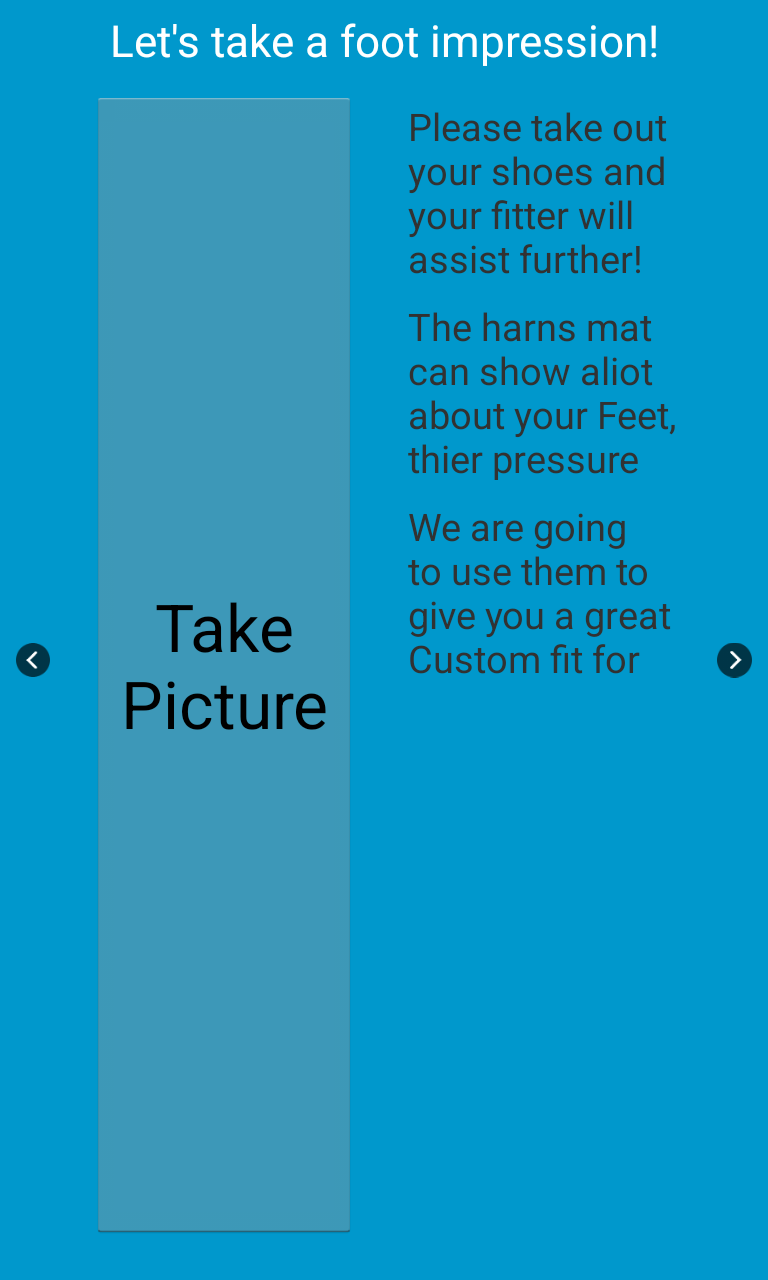
Repository: nanoweb12/GoodFeetAppNew
Layout: GoodFeetapp/res/layout/click_picture.xml
These files come from the project's save history. The layout is drawn as it stood at one moment and after the next save; the edit follows.
It is drawn on a 768 x 1280 px phone screen (xhdpi) without system bars, with theme MyTheme; the app's code is not run.

Above is the layout before, as saved 2015-02-17 13:32:52.

### GoodFeetapp/res/layout/click_picture.xml
<?xml version="1.0" encoding="utf-8"?>
<LinearLayout xmlns:android="http://schemas.android.com/apk/res/android"
    android:id="@+id/mainlinear"
    android:layout_width="match_parent"
    android:layout_height="match_parent"
    android:background="#0098cc"
    android:orientation="vertical" >

    <TextView
        android:layout_width="match_parent"
        android:layout_height="40dp"
        android:gravity="center"
        android:text="Let&apos;s take a foot impression!"
         android:singleLine="true"
        android:textColor="#ffffff"
        android:textSize="22sp" />

    <LinearLayout
        android:layout_width="match_parent"
        android:layout_height="match_parent"
        android:background="#0098cc"
        android:orientation="horizontal"
        android:weightSum="100" >

        <ImageView
            android:id="@+id/previous"
            android:layout_width="0dp"
            android:layout_height="match_parent"
            android:layout_gravity="center_vertical"
           android:paddingBottom="20dp"
            android:layout_marginLeft="8dp"
            android:layout_weight="5"
            android:scaleType="fitCenter"
            android:src="@drawable/left_arrow" />

        <LinearLayout
            android:layout_width="0dp"
            android:layout_height="match_parent"
            android:layout_marginLeft="10dp"
            android:layout_marginRight="10dp"
            android:layout_weight="45"
            android:orientation="vertical" >

            <Button
                android:id="@+id/take_picture"
                android:layout_width="match_parent"
                android:layout_height="match_parent"
                android:layout_marginTop="5dp"
                android:layout_marginLeft="10dp"
                android:layout_marginRight="10dp"
                android:layout_gravity="center"
                android:layout_marginBottom="20dp"
                android:text="Take Picture"

                android:textSize="33sp" />

            <ImageView
                android:id="@+id/preview"
                android:layout_width="match_parent"
                  android:layout_marginTop="5dp"
                android:layout_marginRight="10dp"
                android:layout_marginLeft="10dp"
                android:layout_height="match_parent"
                android:layout_gravity="center"
                android:layout_marginBottom="20dp"
                android:visibility="gone" />
        </LinearLayout>

        <LinearLayout
            android:layout_width="0dp"
            android:layout_height="match_parent"
            android:layout_marginLeft="5dp"
            android:layout_weight="45"
            android:orientation="vertical" >

            <TextView
                android:layout_width="match_parent"
                android:layout_height="90dp"
                android:layout_marginTop="10dp"
                android:text="Please take out your shoes and your fitter will assist further!"

                android:textSize="19sp" />

            <TextView
                android:layout_width="match_parent"
                android:layout_height="90dp"
                android:layout_marginTop="10dp"
                android:text="The harns mat can show aliot about your Feet, thier pressure points, Hight of arch and alignment!"
                android:textSize="19sp"
                  />

            <TextView
                android:layout_width="match_parent"
                android:layout_height="90dp"
                android:layout_marginTop="10dp"
                android:text="We are going to use them to give you a great Custom fit for your specific size of arch!"
                android:textSize="19sp"
                />
        </LinearLayout>

        <ImageView
            android:id="@+id/next"
            android:layout_width="0dp"
            android:layout_height="match_parent"
            android:layout_gravity="center_vertical"
            android:paddingBottom="20dp"
            android:layout_marginRight="8dp"
            android:layout_weight="5"
            android:src="@drawable/right_arrow" />
    </LinearLayout>

</LinearLayout>

### GoodFeetapp/res/values-v11/styles.xml
<resources>
    <style name="MyTheme" parent="@android:style/Theme.Holo.Light">

    </style>

    <style name="MyActionBar" parent="@android:style/Widget.Holo.Light.ActionBar">
    <item name="android:actionBarSize">70dip</item>
         <item name="android:background">#D3D3D3</item>
    </style>
</resources>

### GoodFeetapp/res/values-v14/styles.xml
<!-- <resources>
    the theme applied to the application or activity
    <style name="CustomActionBarTheme"
           parent="@android:style/Theme.Holo.Light.DarkActionBar">

    </style>

    ActionBar styles
    <style name="MyActionBar"
           parent="@android:style/Widget.Holo.Light.ActionBar.Solid.Inverse">
       <item name="android:actionBarSize">70dip</item>
         <item name="android:background">#D3D3D3</item>

    </style>
</resources> -->

<resources>
    <style name="MyTheme" parent="@android:style/Theme.Holo.Light">

    </style>

    <style name="MyActionBar" parent="@android:style/Widget.Holo.Light.ActionBar">
    <item name="android:actionBarSize">100dip</item>
         <item name="android:background">#D3D3D3</item>
    </style>
</resources>

### GoodFeetapp/res/values/styles.xml
<resources>
    <style name="MyTheme" parent="@android:style/Theme.Holo.Light">

    </style>

    <style name="MyActionBar" parent="@android:style/Widget.Holo.Light.ActionBar">
    <item name="android:actionBarSize">70dip</item>
         <item name="android:background">#D3D3D3</item>
    </style>
</resources>

After the next save:
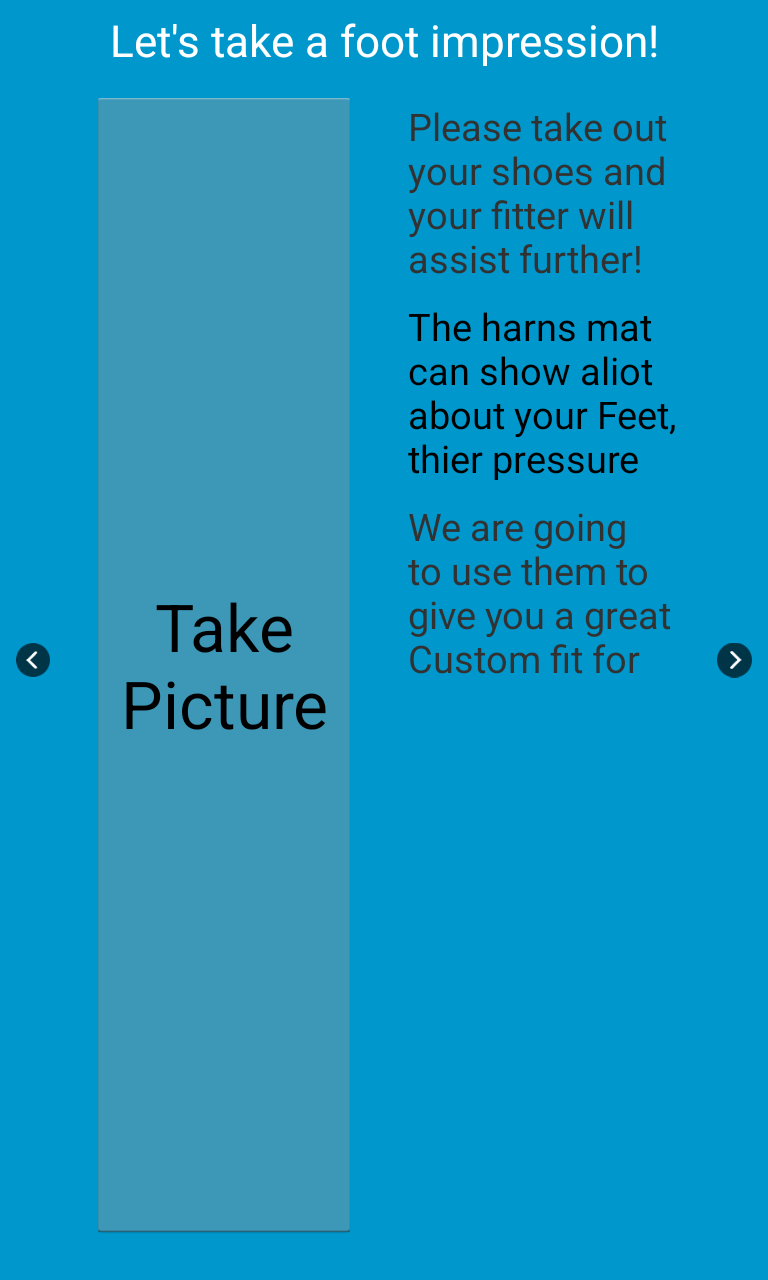
Saved 98 s later.
--- a/GoodFeetapp/res/layout/click_picture.xml
+++ b/GoodFeetapp/res/layout/click_picture.xml
@@ -85,6 +85,7 @@
                 android:layout_width="match_parent"
                 android:layout_height="90dp"
                 android:layout_marginTop="10dp"
+                android:textColor="#000000"
                 android:text="The harns mat can show aliot about your Feet, thier pressure points, Hight of arch and alignment!"
                 android:textSize="19sp"
                   />
